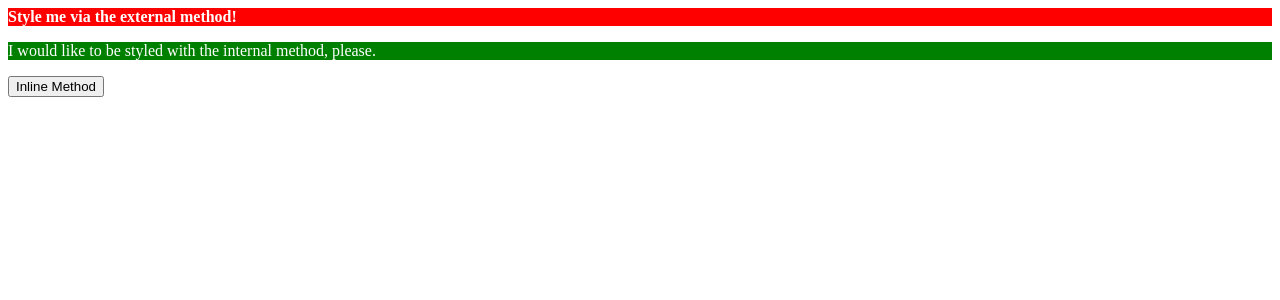
Repository: mnhardy1504/odin-recipes1
Page: repos/css-exercises/foundations/01-css-methods/index.html
The author's editor kept a copy of each file at every save. The page is drawn from the files as they stood at one save, then again after the next save.
The browser window is 1280 px wide. The pictures show the whole page.

Above is the page before, as saved 2023-08-22 17:51:59.

After the next save:
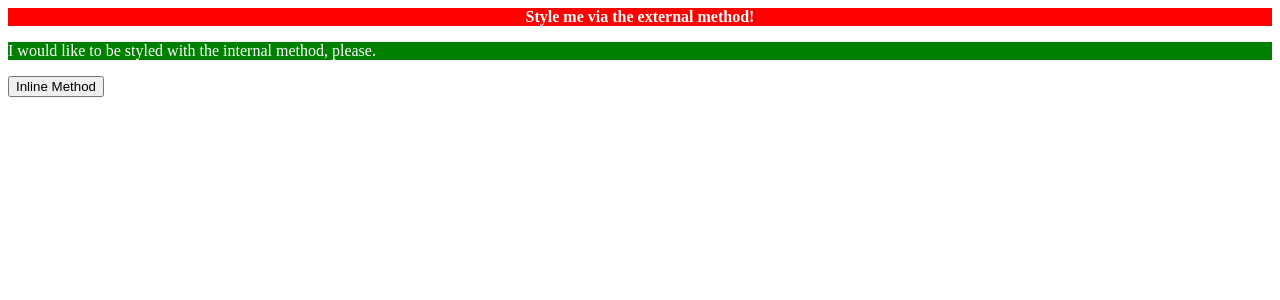
Saved 59 s later.
--- a/repos/css-exercises/foundations/01-css-methods/external1.css
+++ b/repos/css-exercises/foundations/01-css-methods/external1.css
@@ -1,7 +1,8 @@
 div {
     color: white;
     background-color: red;
-    font-weight: bold
+    font-weight: bold;
+    text-align: center;
   }
 
   p {
